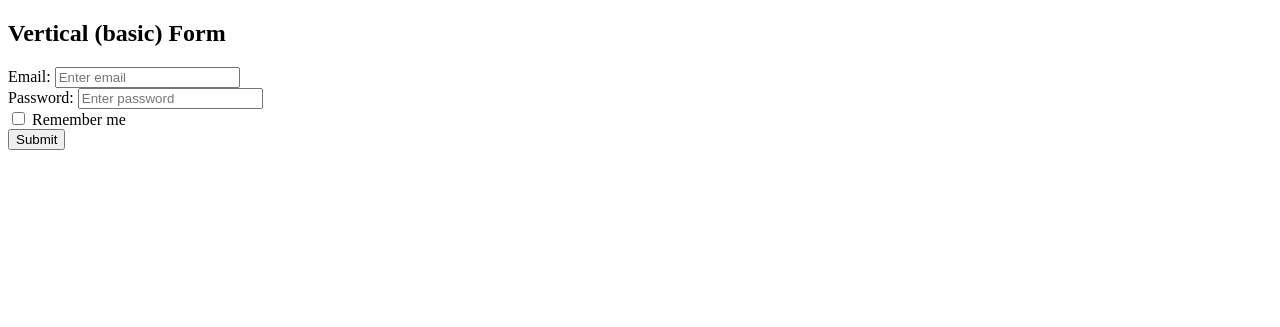
Repository: Anusha-Shilamkoti/Anusha
Page: MyFirstWebProject/WebContent/admin.html
An editor plug-in stored every save of this project. The page is shown before and after the next save, followed by the edit.
The browser window is 1280 px wide. The pictures show the whole page.

Above is the page before, as saved 2020-01-20 04:40:53.

### MyFirstWebProject/WebContent/admin.html
<!DOCTYPE html>
<html>
<head>
<meta charset="ISO-8859-1">
<title>Insert title here</title>
</head>
<body>
<div class="container">
  <h2>Vertical (basic) Form</h2>
  <form>
    <div class="form-group">
      <label for="email">Email:</label>
      <input type="email" class="form-control" id="email" placeholder="Enter email">
    </div>
    <div class="form-group">
      <label for="pwd">Password:</label>
      <input type="password" class="form-control" id="pwd" placeholder="Enter password">
    </div>
    <div class="checkbox">
      <label><input type="checkbox"> Remember me</label>
    </div>
    <button type="submit" class="btn btn-default">Submit</button>
  </form>
</div>

</body>
</html>

Loaded but not shown: MyFirstWebProject/WebContent/Bootstrap/css/bootstrap.min.css (library); MyFirstWebProject/WebContent/Bootstrap/js/bootstrap.min.js (library)

After the next save:
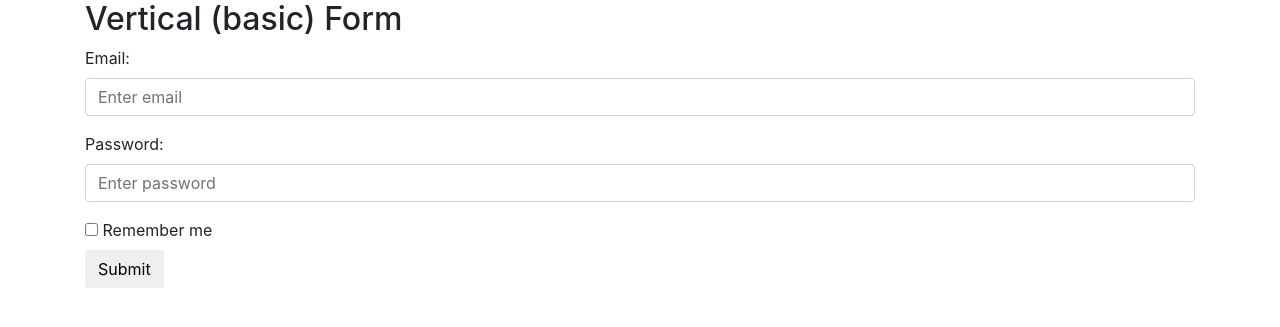
Saved 45 s later.
--- a/MyFirstWebProject/WebContent/admin.html
+++ b/MyFirstWebProject/WebContent/admin.html
@@ -1,8 +1,10 @@
 <!DOCTYPE html>
 <html>
 <head>
-<meta charset="ISO-8859-1">
-<title>Insert title here</title>
+  <meta name="viewport" content="width=device-width, initial-scale=1">
+  <link rel="stylesheet" href="Bootstrap/css/bootstrap.min.css">
+  <script src="https://ajax.googleapis.com/ajax/libs/jquery/3.3.1/jquery.min.js"></script>
+  <script src="Bootstrap/js/bootstrap.min.js"></script>
 </head>
 <body>
 <div class="container">
